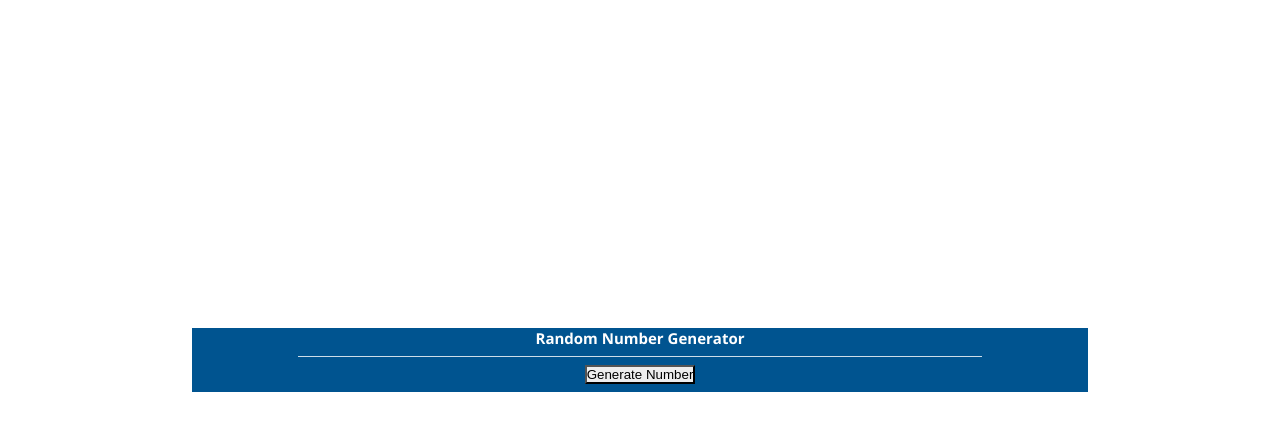
Repository: fakebrianho/100daysJS
Page: day002/index.html
The author's editor kept a copy of each file at every save. The page is drawn from the files as they stood at one save, then again after a run of saves.
The browser window is 1280 px wide. The pictures show the whole page.
Some web libraries are served in a nearby version.

Above is the page before, as saved 2023-03-21 19:31:37.

### day002/index.html
<!DOCTYPE html>
<html lang="en">

<head>
  <meta charset="UTF-8" />
  <meta name="viewport" content="width=device-width, initial-scale=1.0" />
  <title>Document</title>
  <script src="https://kit.fontawesome.com/1935d064dd.js" crossorigin="anonymous"></script>
  <link rel="stylesheet" href="styles.css" />
</head>

<body>
  <main>
    <section class='container'>
      <h1 class='title'>Random Number Generator</h1>
      <div class='number'>
      </div>
      <div class='divider'></div>
      <button class='generate'>Generate Number</button>
    </section>
  </main>

  <script src="script.js"></script>
</body>

</html>

### day002/styles.css
@import url('https://fonts.googleapis.com/css2?family=Open+Sans:wght@300;400;600;700&display=swap');

:root {
	--white: #fff;
	--black: #1c2b2d;
	--blue: #31326f;
	--light-blue: #005490;
	--color-primary: #9d0191;
	--color-sec: #db6400;
	--grey: #eee;
	--dark-grey: #222831;
}

* {
	margin: 0;
	padding: 0;
	box-sizing: border-box;
}

html {
	font-size: 10px;
}

body {
	font-family: 'Open Sans', sans-serif;
}

p {
	font-size: 1.6rem;
	line-height: 1.5;
}

img {
	width: 100%;
}

main {
	width: 100vw;
	height: 100vh;
	display: flex;
	justify-content: center;
	align-items: center;
	color: white;
}

.container {
	width: 70%;
	max-width: 900px;
	display: flex;
	justify-content: center;
	align-items: center;
	flex-direction: column;
	margin: 0 auto;
	padding: 0 20px;
	background-color: var(--light-blue);
}

.generate {
	background-color: var(--grey);
	color: black;
	margin-bottom: 8px;
}

.divider {
	background-color: white;
	margin: 8px 0px;
	width: 80%;
	opacity: 80%;
	height: 1px;
}

### day002/script.js
const generate = () => {
	const rng = document.querySelector('.generate')
	const number = document.querySelector('.number')
	rng.addEventListener('click', () => {
		number.innerHTML = Math.floor(Math.random() * 100)
	})
}
generate()

After the next 4 saves:
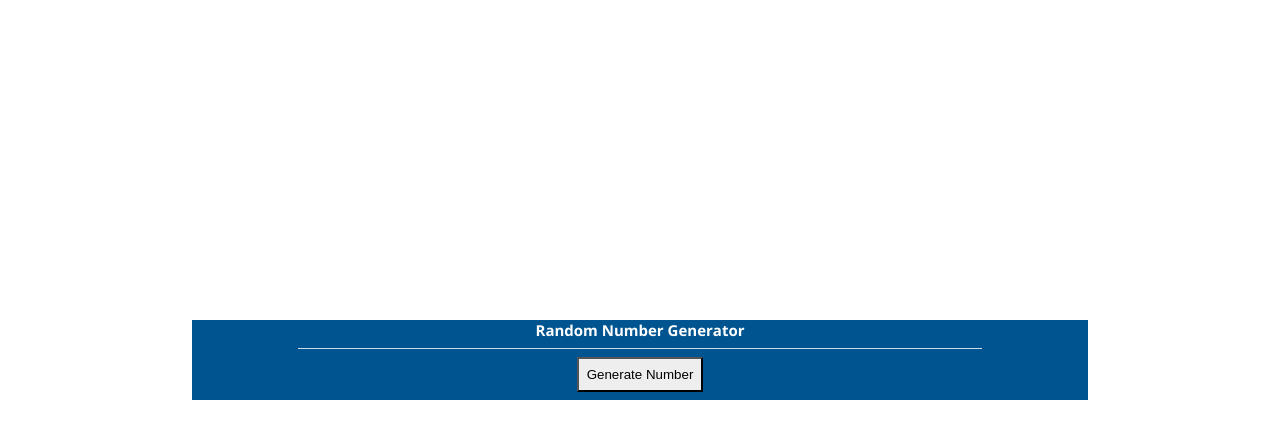
The 4 saves are shown as one change because they came seconds apart.
The last was saved 14 s later.
--- a/day002/styles.css
+++ b/day002/styles.css
@@ -58,6 +58,7 @@ main {
 .generate {
 	background-color: var(--grey);
 	color: black;
+	padding: 8px;
 	margin-bottom: 8px;
 }
 
